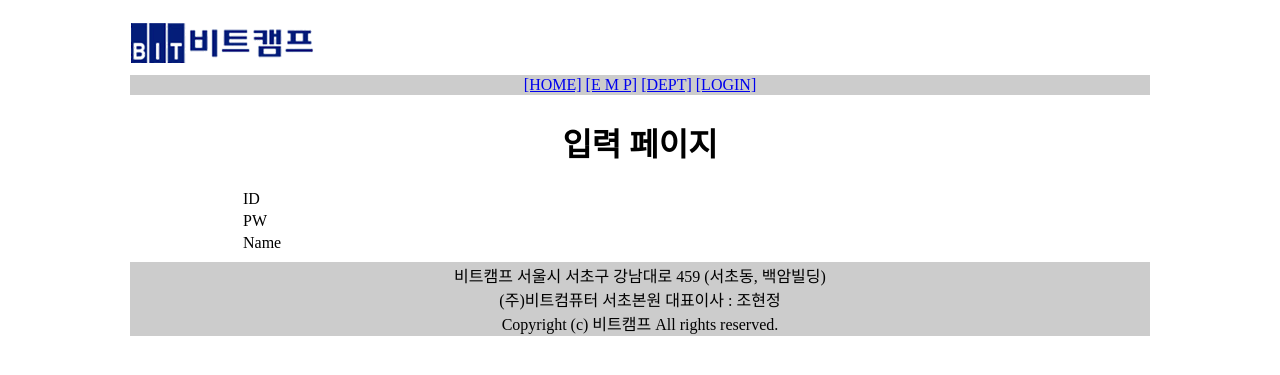
Repository: Lee-seongBeom/bitclass
Page: http://localhost/web08/dept/add.jsp
The author's editor kept a copy of each file at every save. The page is drawn from the files as they stood at one save, then again after the next save.
The browser window is 1280 px wide. The pictures show the whole page.
The page is served by Tomcat 9. Other server files are loaded and not shown.

Above is the page before, as saved 2020-07-07 06:59:18.

### web/web08/WebContent/dept/add.jsp
<%@ page language="java" contentType="text/html; charset=EUC-KR"
    pageEncoding="EUC-KR"%>
<!DOCTYPE html PUBLIC "-//W3C//DTD HTML 4.01 Transitional//EN" "http://www.w3.org/TR/html4/loose.dtd">
<html>
<head>
<meta http-equiv="Content-Type" content="text/html; charset=EUC-KR">
<title>Insert title here</title>
</head>
<body>
<%
	String path="../";
%>

<jsp:include page="./../template/header.jsp">
	<jsp:param value="<%=path %>" name="path"/>
</jsp:include>
<jsp:include page="../template/menu.jsp">
	<jsp:param value="<%=path %>" name="path"/>
</jsp:include>
	<center>
	<h1>입력 페이지</h1>
	<form action="insert.jsp">
		<table width="800">
			<tr>
				<td>ID</td>
				<td></td>
			</tr>
			<tr>
				<td>PW</td>
				<td></td>
			</tr>
			<tr>
				<td>Name</td>
				<td></td>
			</tr>
			<tr>
				<td colspan="2">

				</td>
			</tr>
		</table>
	</form>
	</center>
<jsp:include page="/template/footer.jsp"></jsp:include>
</body>
</html>

### web/web08/WebContent/template/header.jsp
<%@ page language="java" contentType="text/html; charset=EUC-KR"
    pageEncoding="EUC-KR"%>

<table width="1024" align="center">
      <tr>
         <td>
            <img alt="" src="../img/logo.png">
         </td>
      </tr>

### web/web08/WebContent/template/menu.jsp
<%@ page language="java" contentType="text/html; charset=EUC-KR"
    pageEncoding="EUC-KR"%>
 <tr>
         <td align="center" bgcolor="#cccccc">
            <a href="<%=request.getParameter("path") %>index.jsp">[HOME]</a>
            <a href="<%=request.getParameter("path") %>emp/list.jsp">[E M P]</a>
            <a href="<%=request.getParameter("path") %>dept/list.jsp">[DEPT]</a>
            <a href="<%=request.getParameter("path") %>login/form.jsp">[LOGIN]</a>
         </td>
      </tr>
      <tr>
         <td>
            <!-- content start -->

### web/web08/WebContent/template/footer.jsp
<%@ page language="java" contentType="text/html; charset=EUC-KR"
    pageEncoding="EUC-KR"%>
   <!-- content end -->
         </td>
      </tr>
      <tr>
         <td colspan="4" align="center" bgcolor="#cccccc">
            비트캠프 서울시 서초구 강남대로 459 (서초동, 백암빌딩)<br>
            (주)비트컴퓨터 서초본원 대표이사 : 조현정<br>
            Copyright (c) 비트캠프 All rights reserved.<br>
         </td>
      </tr>
   </table>

After the next save:
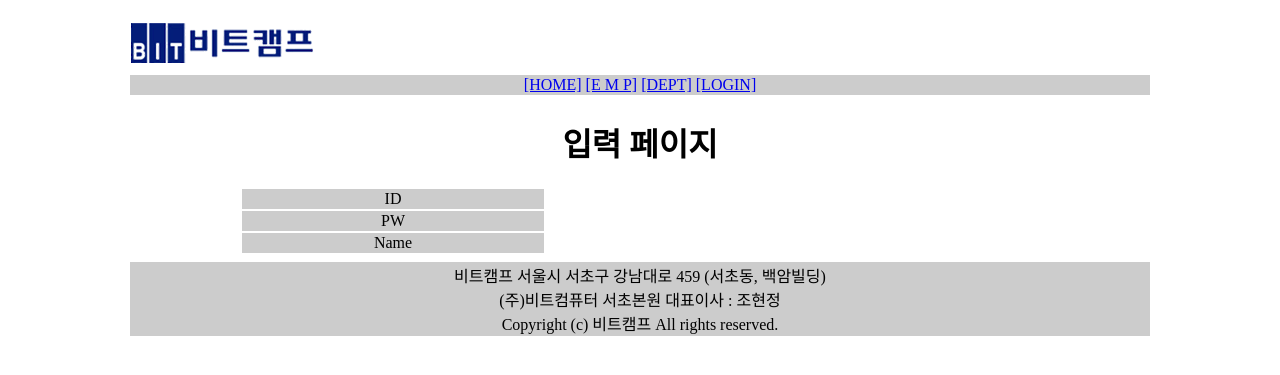
Saved 30 s later.
--- a/web/web08/WebContent/dept/add.jsp
+++ b/web/web08/WebContent/dept/add.jsp
@@ -22,15 +22,15 @@
 	<form action="insert.jsp">
 		<table width="800">
 			<tr>
-				<td>ID</td>
+				<td width="300" bgcolor="#cccccc" align="center">ID</td>
 				<td></td>
 			</tr>
 			<tr>
-				<td>PW</td>
+				<td width="300" bgcolor="#cccccc" align="center">PW</td>
 				<td></td>
 			</tr>
 			<tr>
-				<td>Name</td>
+				<td width="300" bgcolor="#cccccc" align="center">Name</td>
 				<td></td>
 			</tr>
 			<tr>
